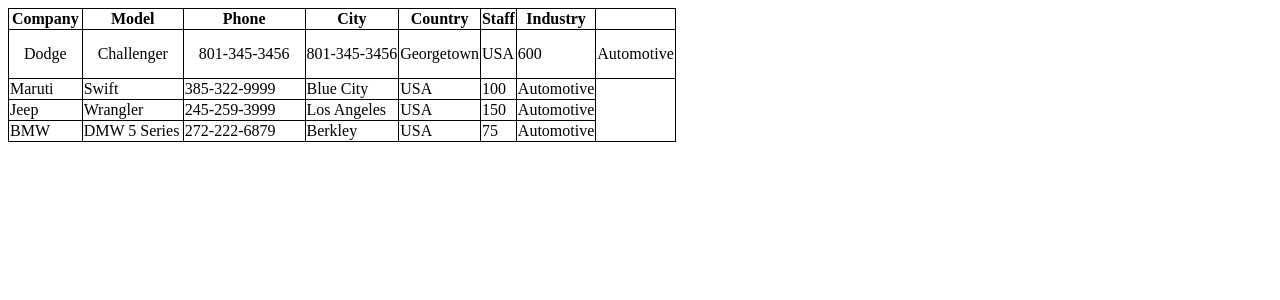
Repository: vgoins-RA2022/HTML-2
Page: index.html
An editor plug-in stored every save of this project. The page is shown before and after a run of saves, followed by the edit.
The browser window is 1280 px wide. The pictures show the whole page.

Above is the page before, as saved 2023-01-21 22:23:01.

### index.html
<!DOCTYPE html>
<html lang="en">

<head>
  <meta charset="UTF-8">
  <meta name="viewport" content="width=device-width, initial-scale=1">
  <link rel="stylesheet" href="../HTML-2/src/css/Style.css" type="text/css">
  <title>HTML Table Assignment 2</title>
</head>

<body>
  <!-- Build Table -->
  <table>
    <thead>
      <tr>
        <!-- Name colomn headings -->
        <th>Company</th>
        <th>Model</th>
        <th>Phone</th>
        <th>City</th>
        <th>Country</th>
        <th>Staff</th>
        <th>Industry</th>
      </tr>
    </thead>
    <tbody>
      <tr>
        <!--Beginning table data  -->
        <td class="table-cell-padding">Dodge</td>
        <td class="table-cell-padding">Challenger</td>
        <td class="table-cell-padding">801-345-3456</td>
        <td>801-345-3456</td>
        <td>Georgetown</td>
        <td>USA</td>
        <td>600</td>
        <td>Automotive</td>
      </tr>
       <tr>
        <td>Maruti</td>
        <td>Swift</td>
        <td>385-322-9999</td>
        <td>Blue City</td>
        <td>USA</td>
        <td>100</td>
        <td>Automotive</td>
      </tr><tr>
        <td>Jeep</td>
        <td>Wrangler</td>
        <td>245-259-3999</td>
        <td>Los Angeles</td>
        <td>USA</td>
        <td>150</td>
        <td>Automotive</td>
      </tr>
      <tr>
        <td>BMW</td>
        <td>DMW 5 Series</td>
        <td>272-222-6879</td>
        <td>Berkley</td>
        <td>USA</td>
        <td>75</td>
        <td>Automotive</td>
      </tr>
    </tbody>
    <!-- Ending table data -->
  </table>

 </body>

</html>

### src/css/Style.css

table, th, td {
  border: 1px solid black;
  border-collapse: collapse;
}

  .table-cell-padding {
    padding: 15px;
  }

After the next 2 saves:
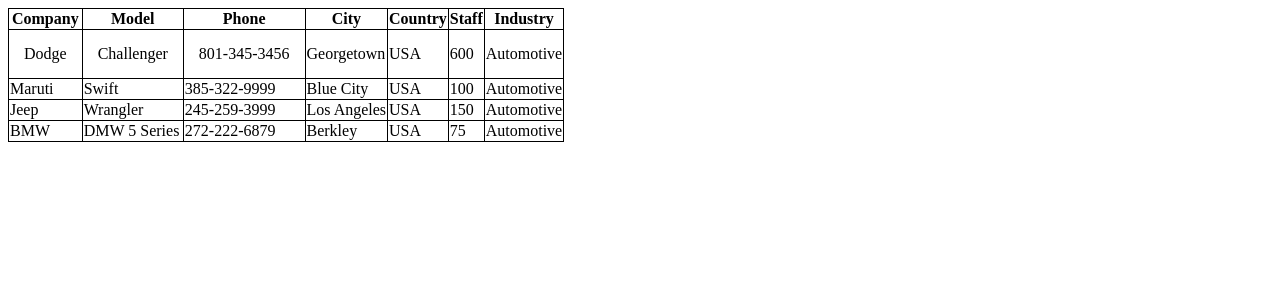
The 2 saves are shown as one change because they came seconds apart.
The last was saved 11 s later.
--- a/index.html
+++ b/index.html
@@ -29,7 +29,7 @@
         <td class="table-cell-padding">Dodge</td>
         <td class="table-cell-padding">Challenger</td>
         <td class="table-cell-padding">801-345-3456</td>
-        <td>801-345-3456</td>
+
         <td>Georgetown</td>
         <td>USA</td>
         <td>600</td>
